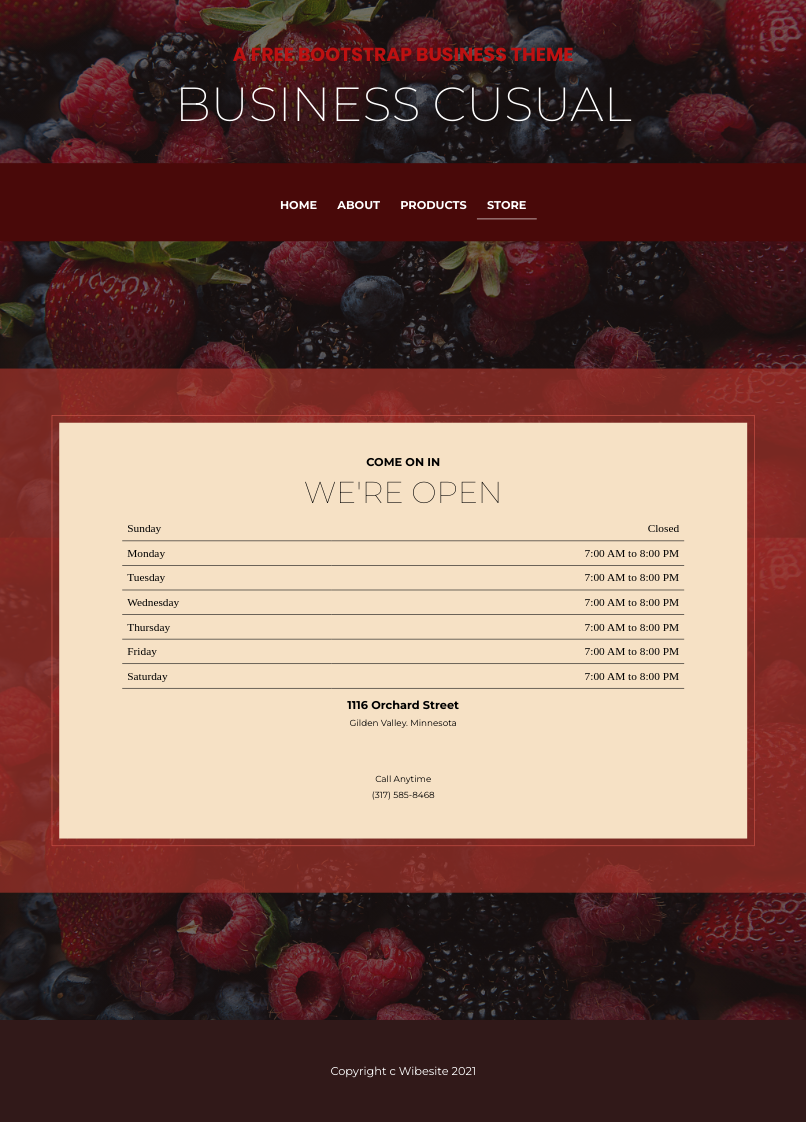
Repository: wadelfadill/tache_7_Business_bootstrap_theme
Page: store.html
These files come from the project's save history. The page is drawn as it stood at one moment and after the next save; the edit follows.
The browser window is 1280 px wide. The pictures show the whole page, at 63% of full size.
Backgrounds fixed to the window are drawn as part of the page.

Above is the page before, as saved 2023-04-28 22:21:32.

After the next save:
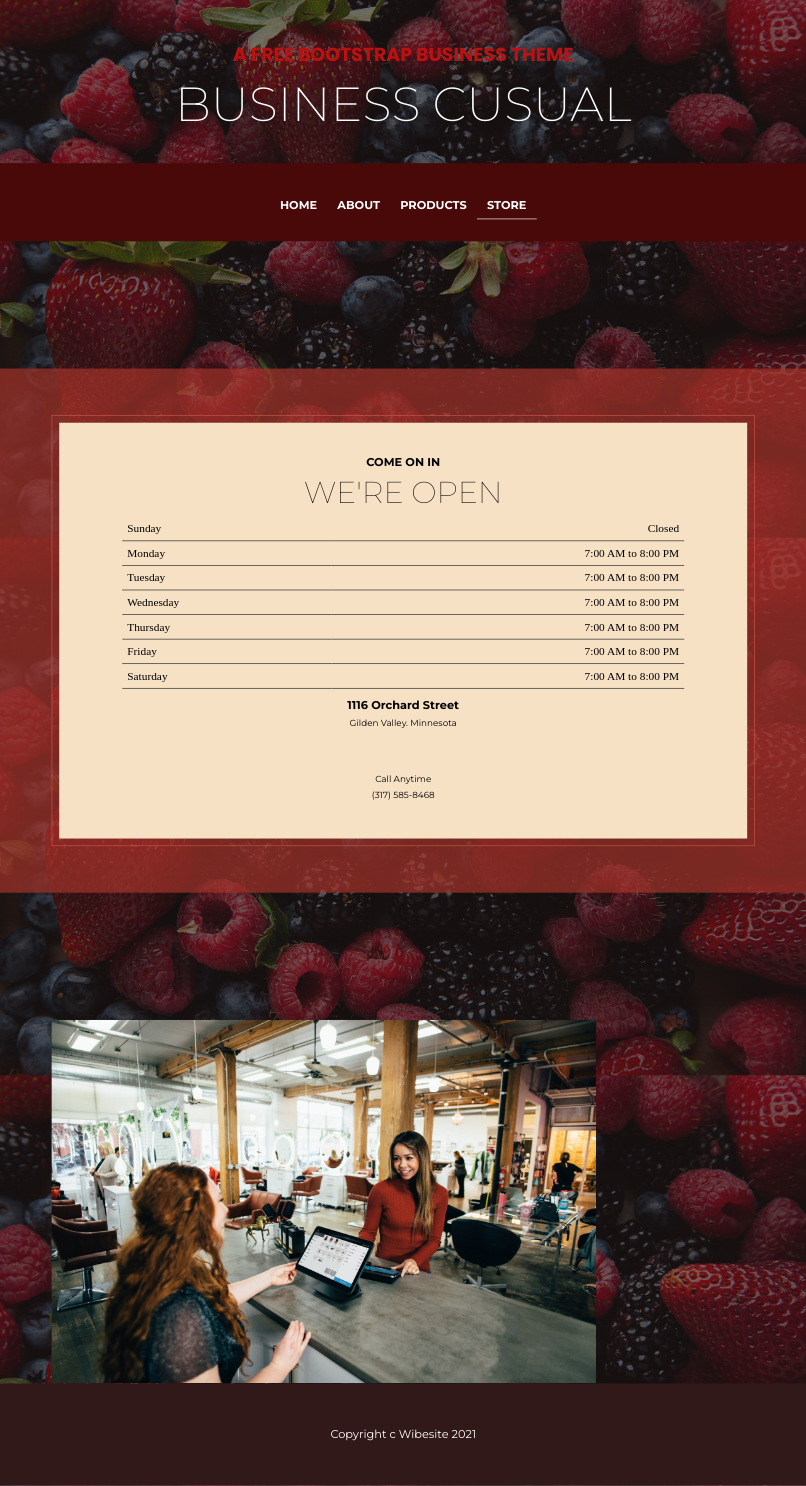
Saved 25 min 50 s later.
--- a/store.html
+++ b/store.html
@@ -96,6 +96,18 @@
         </div>
       </section>
       <!-- ========== End First Section ========== -->
+      <!-- ========== Start Second Section ========== -->
+      <section id="second_section">
+        <div class="container">
+          <div class="row d-flex flex-row justify-content-start align-items-center">
+            <div class="col-12">
+              <img src="images/home-img1.png" alt="" class="img-fluid">
+            </div>
+            <div class="col-12"></div>
+          </div>
+        </div>
+      </section>
+      <!-- ========== End Second Section ========== -->
     </main>
     <!-- ========== End Main Section ========== -->
     <footer id="footer">
